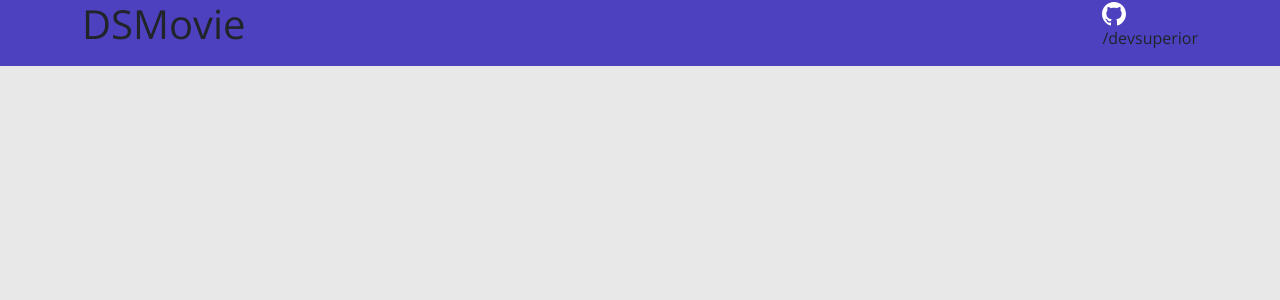
Repository: rogeriovalente/dsmovie
Page: / (app in frontend/)
The author's editor kept a copy of each file at every save. The page is drawn from the files as they stood at one save, then again after the next save.
The browser window is 1280 px wide. The pictures show the whole page.
The project was rebuilt for these pictures with package versions that can differ from the ones it lists, and the page was loaded fresh each time.

Above is the page before, as saved 2022-05-11 17:41:44.

### frontend/src/index.css
@import url('https://fonts.googleapis.com/css2?family=Open+Sans:wght@400;700&display=swap');

:root {
  --color-primary: #4D41C0;
}

* {
  box-sizing: border-box;
  font-family: 'Open Sans', sans-serif;
}

html,
body {
  background-color: #e8e8e8;
}

a,
a:hover {
  text-decoration: none;
  color: unset;
}

### frontend/src/components/Navbar/index.tsx
import { ReactComponent as GithubIcon } from "assets/img/github.svg";
import "./styles.css";

function Navbar() {
  return (
    <header>
      <nav className="container">
        <div className="dsmovie-nav-content">
          <h1>DSMovie</h1>
          <a href="https://github.com/rogeriovalente/dsmovie">
            <div className="dsmovie-contact-conteiner">
              <GithubIcon />
              <p> /devsuperior</p>
            </div>
          </a>
        </div>
      </nav>
    </header>
  );
}

export default Navbar;

### frontend/src/components/Navbar/styles.css
header {
  background-color: var(--color-primary);
}

.dsmovie-nav-content {
  display: flex;
  justify-content: space-between;
}

Loaded but not shown: frontend/public/index.html (common file); frontend/src/index.tsx (common file); frontend/src/App.tsx (common file)

After the next save:
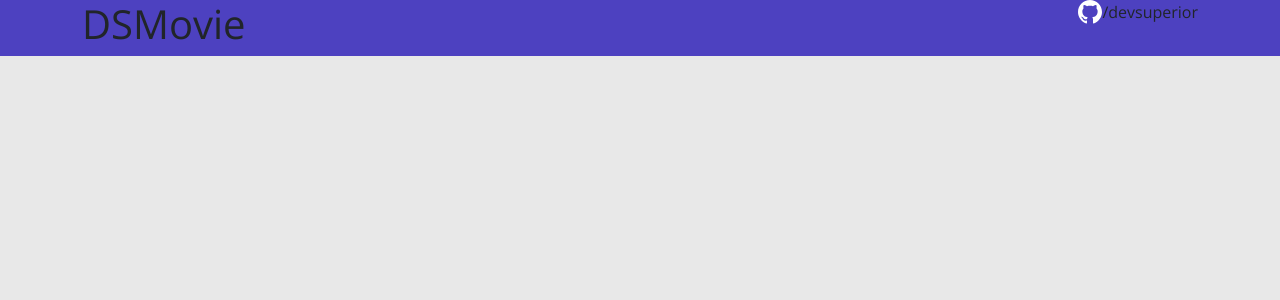
Saved 44 s later.
--- a/frontend/src/components/Navbar/styles.css
+++ b/frontend/src/components/Navbar/styles.css
@@ -6,3 +6,7 @@
   display: flex;
   justify-content: space-between;
 }
+
+.dsmovie-contact-conteiner {
+  display: flex;
+}
